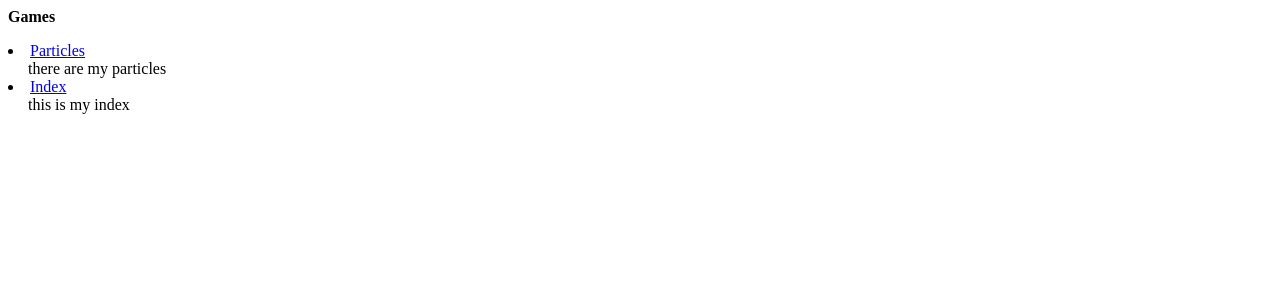
Repository: StevenZsombo/games
Page: docs/index_github.html
The author's editor kept a copy of each file at every save. The page is drawn from the files as they stood at one save, then again after the next save.
The browser window is 1280 px wide. The pictures show the whole page.

Above is the page before, as saved 2025-07-03 09:49:04.

After the next save:
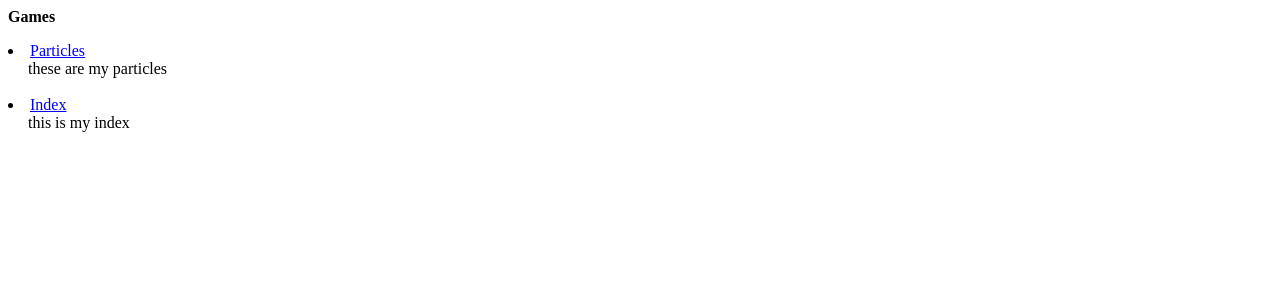
Saved 11 min 42 s later.
--- a/docs/index_github.html
+++ b/docs/index_github.html
@@ -10,7 +10,7 @@
 
 <script>
     const files = {
-        Particles: "there are my particles",
+        Particles: "these are my particles",
         Index: "this is my index"
     }
     //will append "particles.html" with the given text
@@ -18,7 +18,7 @@
     for (let [file, txt] of Object.entries(files)) {
         const listitem = document.createElement('li')
         listitem.innerHTML = `<a href="${file.toLowerCase()}.html">${file}</a>
-        <br>&nbsp;&nbsp;&nbsp;&nbsp;        ${txt}`
+        <br>&nbsp;&nbsp;&nbsp;&nbsp;&nbsp;${txt}<br>&nbsp;`
         document.body.appendChild(listitem)
     }
 
